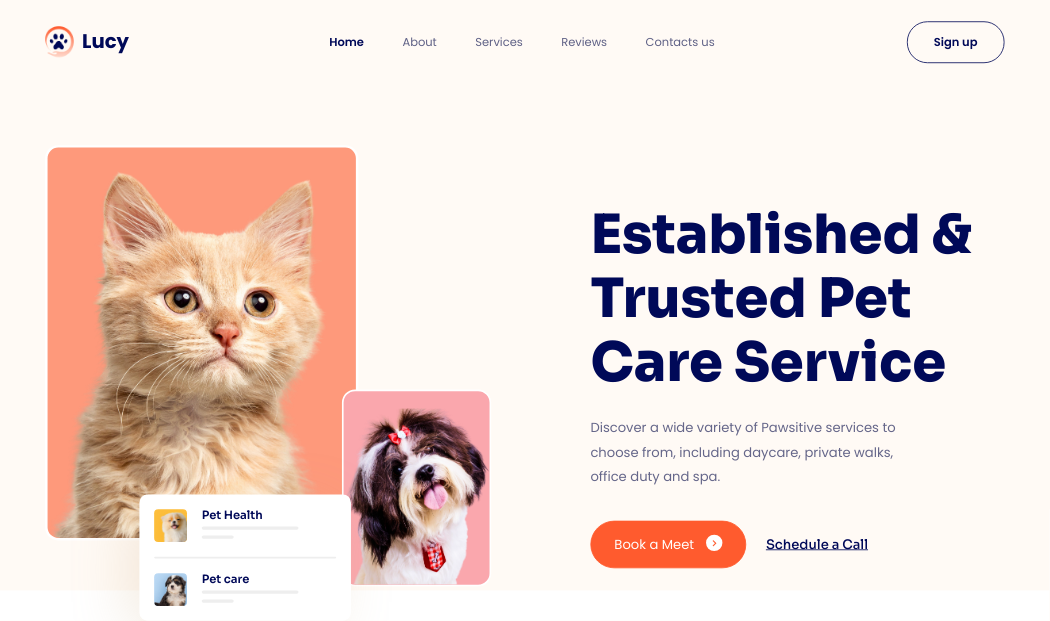
Repository: Cuongquaidan/F8projeact-04
Page: index.html
An editor plug-in stored every save of this project. The page is shown before and after the next save, followed by the edit.
The browser window is 1280 px wide. The pictures show the whole page, at 82% of full size.

Above is the page before, as saved 2023-04-15 10:32:47.

After the next save:
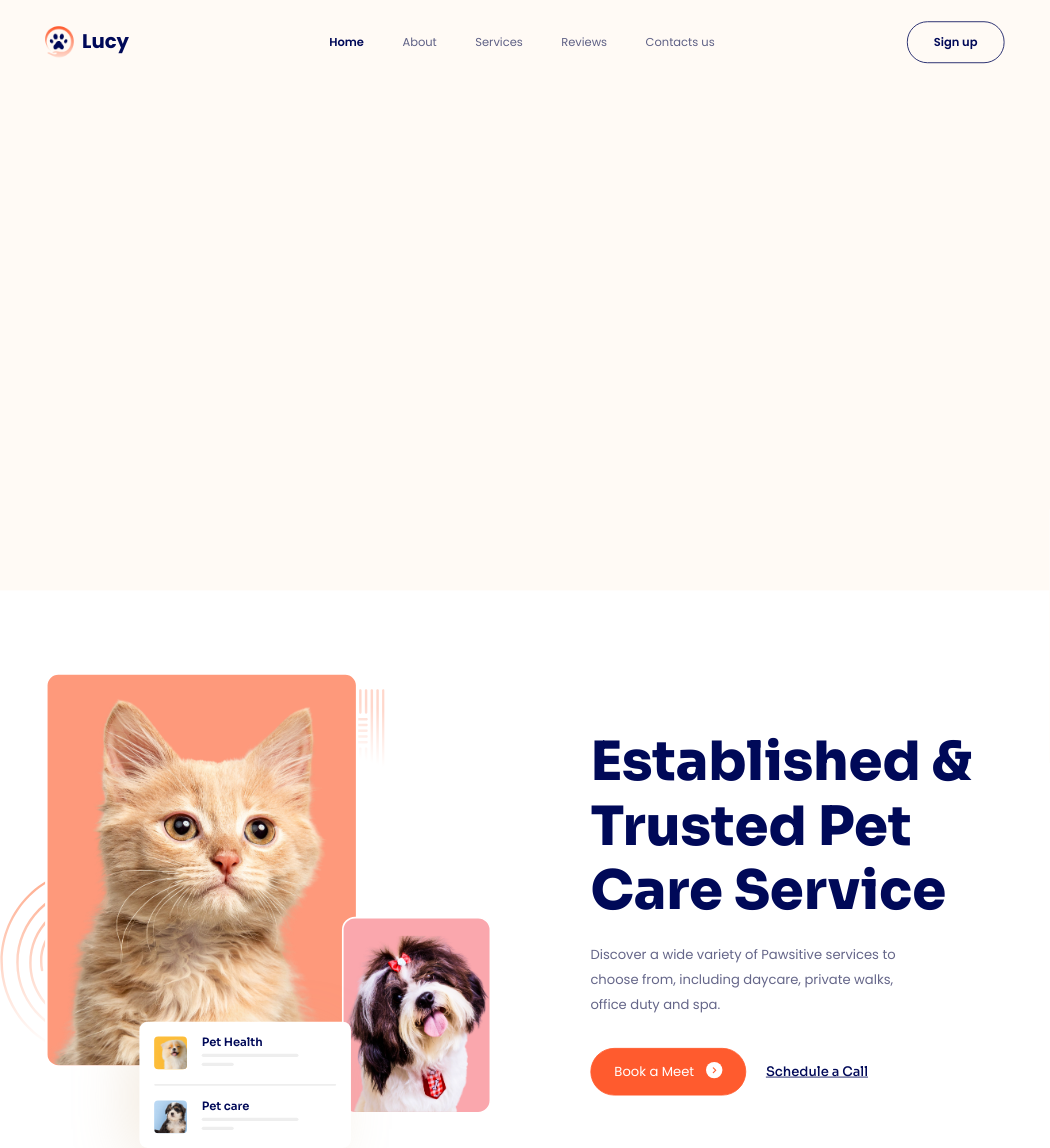
Saved 31 min 50 s later.
--- a/index.html
+++ b/index.html
@@ -64,61 +64,62 @@
                     <button class="header__action-btn">Sign up</button>
                 </div>
             </div>
-            <div class="hero">
-                <div class="container hero__container">
-                    <div class="hero__cards">
-                        <div class="cards__media">
-                            <div class="cards__main-card">
-                                <img src="./asset/img/pattern-1.svg" alt="pattern" class="main-card__decor">
-                                <img
-                                    src="./asset/img/conmeovang.png"
-                                    alt="Meomeo"
-                                    class="main-cards__img"
-                                />
-                                <img src="./asset/img/pattern-2.svg" alt="pattern" class="main-card__decor">
-                            </div>
-                            <div class="cards__sub-card">
-                                <img
-                                    src="./asset/img/conchohong.png"
-                                    alt="Pets"
-                                    class="sub-cards__img"
-                                />
-                            </div>
+
+        </div>
+        <div class="hero">
+            <div class="container hero__container">
+                <div class="hero__cards">
+                    <div class="cards__media">
+                        <div class="cards__main-card">
+                            <img src="./asset/img/pattern-1.svg" alt="pattern" class="main-card__decor">
+                            <img
+                                src="./asset/img/conmeovang.png"
+                                alt="Meomeo"
+                                class="main-cards__img"
+                            />
+                            <img src="./asset/img/pattern-2.svg" alt="pattern" class="main-card__decor">
                         </div>
-                        <div class="cards__info-card">
-                            <div class="info-card__pet">
-                                <div class="pet__bg-img"><img src="./asset/img/conchovang.png" alt="pets" class="pet__img"></img></div>
-                                   <div class="info__inner-card">
-                                    <p class="pet__title">Pet Health</p>
-                                    <div class="pet__skeleton-long"></div>
-                                    <div class="pet__skeleton-short"></div>
-                                   </div>
-
-                            </div>
-                            <div class="seperate"></div>
-                            <div class="info-card__pet">
-                                <div class="pet__bg-img"> <img src="./asset/img/conchoxanh.png" alt="pets" class="pet__img"></img></div>
-                                <div class="info__inner-card">
-                                    <p class="pet__title">Pet care</p>
+                        <div class="cards__sub-card">
+                            <img
+                                src="./asset/img/conchohong.png"
+                                alt="Pets"
+                                class="sub-cards__img"
+                            />
+                        </div>
+                    </div>
+                    <div class="cards__info-card">
+                        <div class="info-card__pet">
+                            <div class="pet__bg-img"><img src="./asset/img/conchovang.png" alt="pets" class="pet__img"></img></div>
+                               <div class="info__inner-card">
+                                <p class="pet__title">Pet Health</p>
                                 <div class="pet__skeleton-long"></div>
                                 <div class="pet__skeleton-short"></div>
-                                </div>
+                               </div>
+
+                        </div>
+                        <div class="seperate"></div>
+                        <div class="info-card__pet">
+                            <div class="pet__bg-img"> <img src="./asset/img/conchoxanh.png" alt="pets" class="pet__img"></img></div>
+                            <div class="info__inner-card">
+                                <p class="pet__title">Pet care</p>
+                            <div class="pet__skeleton-long"></div>
+                            <div class="pet__skeleton-short"></div>
                             </div>
                         </div>
                     </div>
-                    <section class="hero__contents">
-                        <p class="hero__contents-title title">Established &
-                            Trusted Pet
-                            Care Service</p>
-                        <p class="hero__contents-desc desc">
-                            Discover a wide variety of Pawsitive services to choose from, including daycare, private walks, office duty and spa.
-                        </p>
-                        <div class="hero__contents-booking">
-                            <button class="btn booking__btn">Book a Meet <span class="booking-chevron"><i class='bx bx-chevron-right'></i></span></button>
-                            <a href="#!" class="booking-call">Schedule a Call</a>
-                        </div>
-                    </section>
                 </div>
+                <section class="hero__contents">
+                    <p class="hero__contents-title title">Established &
+                        Trusted Pet
+                        Care Service</p>
+                    <p class="hero__contents-desc desc">
+                        Discover a wide variety of Pawsitive services to choose from, including daycare, private walks, office duty and spa.
+                    </p>
+                    <div class="hero__contents-booking">
+                        <button class="btn booking__btn">Book a Meet <span class="booking-chevron"><i class='bx bx-chevron-right'></i></span></button>
+                        <a href="#!" class="booking-call">Schedule a Call</a>
+                    </div>
+                </section>
             </div>
         </div>
         <script src="./app.js"></script>

After the 2 saves that followed:
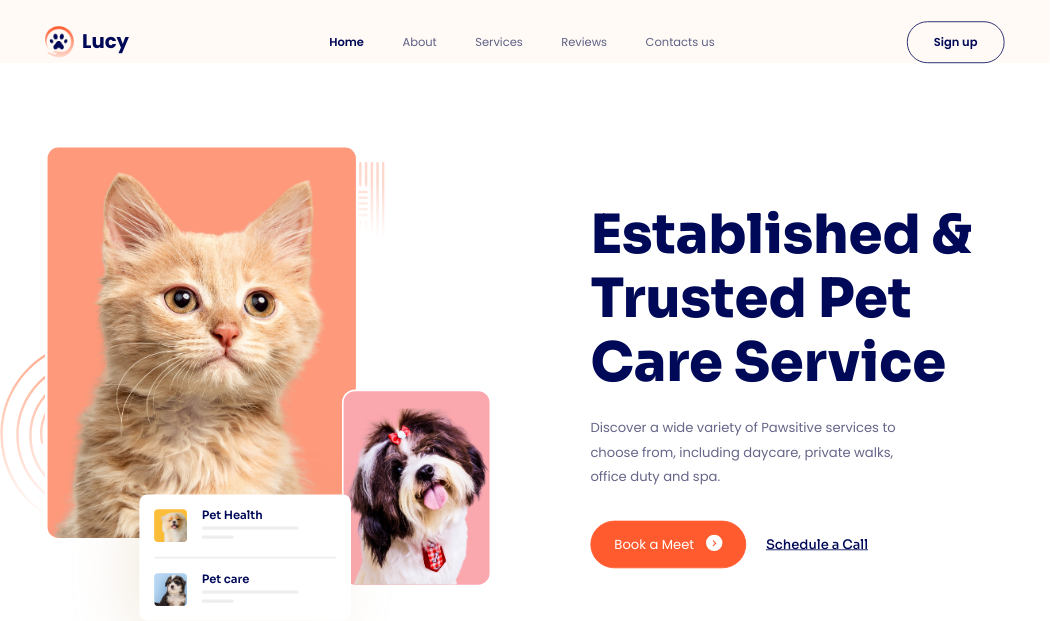
The 2 saves are shown as one change because 1 left the picture as it was.
The last was saved 3 min 27 s later.
--- a/index.html
+++ b/index.html
@@ -122,6 +122,9 @@
                 </section>
             </div>
         </div>
+        <div class="about">
+
+        </div>
         <script src="./app.js"></script>
     </body>
 </html>
--- a/asset/css/styles.css
+++ b/asset/css/styles.css
@@ -59,7 +59,6 @@ a {
 .header {
     background-color: var(--primary-background-color);
     padding-top: 26px;
-    height: 100vh;
     font-size: 1rem;
 }
 
